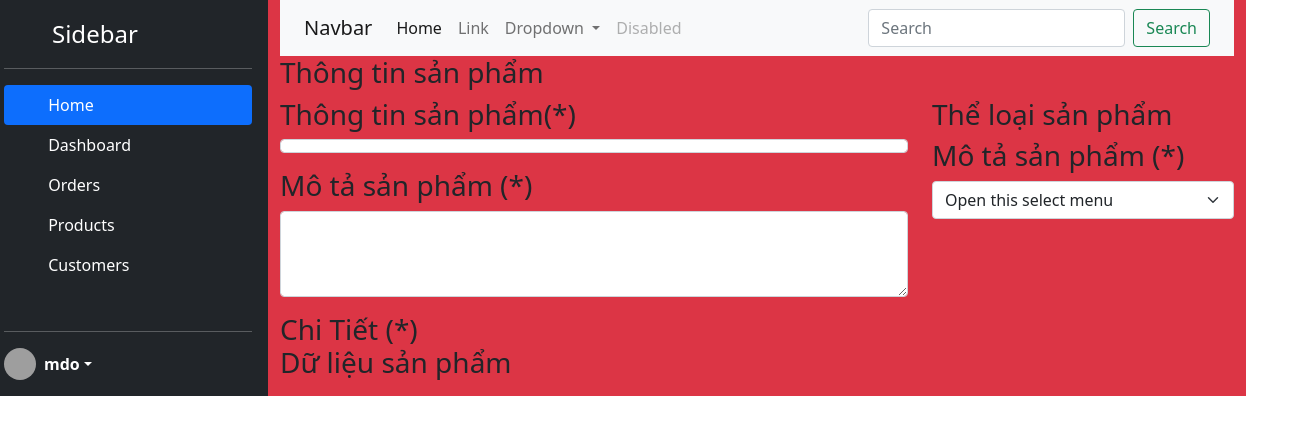
Repository: Lehuyhuynh/BT12-BOOTSTRAP
Page: index.html
These files come from the project's save history. The page is drawn as it stood at one moment and after the next save; the edit follows.
The browser window is 1280 px wide. The page is 1292 px wide, so the pictures cover 1292 px, including what lies to the right of the window. The pictures show the whole page.
Pictures or frames that could not be fetched are drawn as grey boxes.

Above is the page before, as saved 2023-08-19 22:35:10.

### index.html
<!DOCTYPE html>
<html lang="en">
<head>
  <link href="https://cdn.jsdelivr.net/npm/bootstrap@5.1.3/dist/css/bootstrap.min.css" rel="stylesheet" integrity="sha384-1BmE4kWBq78iYhFldvKuhfTAU6auU8tT94WrHftjDbrCEXSU1oBoqyl2QvZ6jIW3" crossorigin="anonymous">
  <meta charset="UTF-8">
  <meta name="viewport" content="width=device-width, initial-scale=1.0">
  <title>BT2</title>
</head>
<body>
  <div class="row">
    <div class=" col-3 d-flex flex-column flex-shrink-0 p-3 text-white bg-dark rounded-lg" style="width: 280px;">
      <a href="/" class="d-flex align-items-center mb-3 mb-md-0 me-md-auto text-white text-decoration-none">
        <svg class="bi me-2" width="40" height="32"><use xlink:href="#bootstrap"></use></svg>
        <span class="fs-4">Sidebar</span>
      </a>
      <hr>
      <ul class="nav nav-pills flex-column mb-auto">
        <li class="nav-item">
          <a href="#" class="nav-link active" aria-current="page">
            <svg class="bi me-2" width="16" height="16"><use xlink:href="#home"></use></svg>
            Home
          </a>
        </li>
        <li>
          <a href="#" class="nav-link text-white">
            <svg class="bi me-2" width="16" height="16"><use xlink:href="#speedometer2"></use></svg>
            Dashboard
          </a>
        </li>
        <li>
          <a href="#" class="nav-link text-white">
            <svg class="bi me-2" width="16" height="16"><use xlink:href="#table"></use></svg>
            Orders
          </a>
        </li>
        <li>
          <a href="#" class="nav-link text-white">
            <svg class="bi me-2" width="16" height="16"><use xlink:href="#grid"></use></svg>
            Products
          </a>
        </li>
        <li>
          <a href="#" class="nav-link text-white">
            <svg class="bi me-2" width="16" height="16"><use xlink:href="#people-circle"></use></svg>
            Customers
          </a>
        </li>
      </ul>
      <hr>
      <div class="dropdown">
        <a href="#" class="d-flex align-items-center text-white text-decoration-none dropdown-toggle" id="dropdownUser1" data-bs-toggle="dropdown" aria-expanded="false">
          <img src="https://github.com/mdo.png" alt="" width="32" height="32" class="rounded-circle me-2">
          <strong>mdo</strong>
        </a>
        <ul class="dropdown-menu dropdown-menu-dark text-small shadow" aria-labelledby="dropdownUser1" style="">
          <li><a class="dropdown-item" href="#">New project...</a></li>
          <li><a class="dropdown-item" href="#">Settings</a></li>
          <li><a class="dropdown-item" href="#">Profile</a></li>
          <li><hr class="dropdown-divider"></li>
          <li><a class="dropdown-item" href="#">Sign out</a></li>
        </ul>
      </div>
    </div>
    <div class="main-content bg-danger col-9" >
      <nav class="navbar navbar-expand-lg navbar-light bg-light">
        <div class="container-fluid">
          <a class="navbar-brand" href="#">Navbar</a>
          <button class="navbar-toggler" type="button" data-bs-toggle="collapse" data-bs-target="#navbarSupportedContent" aria-controls="navbarSupportedContent" aria-expanded="false" aria-label="Toggle navigation">
            <span class="navbar-toggler-icon"></span>
          </button>
          <div class="collapse navbar-collapse" id="navbarSupportedContent">
            <ul class="navbar-nav me-auto mb-2 mb-lg-0">
              <li class="nav-item">
                <a class="nav-link active" aria-current="page" href="#">Home</a>
              </li>
              <li class="nav-item">
                <a class="nav-link" href="#">Link</a>
              </li>
              <li class="nav-item dropdown">
                <a class="nav-link dropdown-toggle" href="#" id="navbarDropdown" role="button" data-bs-toggle="dropdown" aria-expanded="false">
                  Dropdown
                </a>
                <ul class="dropdown-menu" aria-labelledby="navbarDropdown">
                  <li><a class="dropdown-item" href="#">Action</a></li>
                  <li><a class="dropdown-item" href="#">Another action</a></li>
                  <li><hr class="dropdown-divider"></li>
                  <li><a class="dropdown-item" href="#">Something else here</a></li>
                </ul>
              </li>
              <li class="nav-item">
                <a class="nav-link disabled" href="#" tabindex="-1" aria-disabled="true">Disabled</a>
              </li>
            </ul>
            <form class="d-flex">
              <input class="form-control me-2" type="search" placeholder="Search" aria-label="Search">
              <button class="btn btn-outline-success" type="submit">Search</button>
            </form>
          </div>
        </div>
      </nav>
      <div class="row">

        <h3>Thông tin sản phẩm<h3>

          <div class="row">
            <div class="more col-8">

              <div class="product">

                <div class="mb-3">
                  <label for="information" class="form-label">Thông tin sản phẩm(*)</label>
                  <table class="form-control" id="information" name="information" rows="3"></table>
                </div>

                <div class="mb-3">
                  <label for="exampleFormControlTextarea1" class="form-label">Mô tả sản phẩm (*)</label>
                  <textarea class="form-control" id="exampleFormControlTextarea1" rows="3"></textarea>
                </div>

                <span>Chi Tiết (*) </span><br>

              </div>

              <div class="data">

                <h3>Dữ liệu sản phẩm</h3>


              </div>

            </div>

            <div class="category col-4">

              <h3>Thể loại sản phẩm</h3>

              <div class="cate">

                <label for="cate" class="form-label">Mô tả sản phẩm (*)</label>

                <select id="cate" class="form-select" aria-label="Default select example">
                  <option selected>Open this select menu</option>
                  <option value="1">0912345678</option>
                  <option value="2">0123456789</option>
                  <option value="3">1234567890</option>
                </select>

              </div>
            </div>
          </div>






      </div>
    </div>


  </div>

  <script src="https://cdn.jsdelivr.net/npm/bootstrap@5.1.3/dist/js/bootstrap.bundle.min.js" integrity="sha384-ka7Sk0Gln4gmtz2MlQnikT1wXgYsOg+OMhuP+IlRH9sENBO0LRn5q+8nbTov4+1p" crossorigin="anonymous"></script>
</body>
</html>

After the next save:
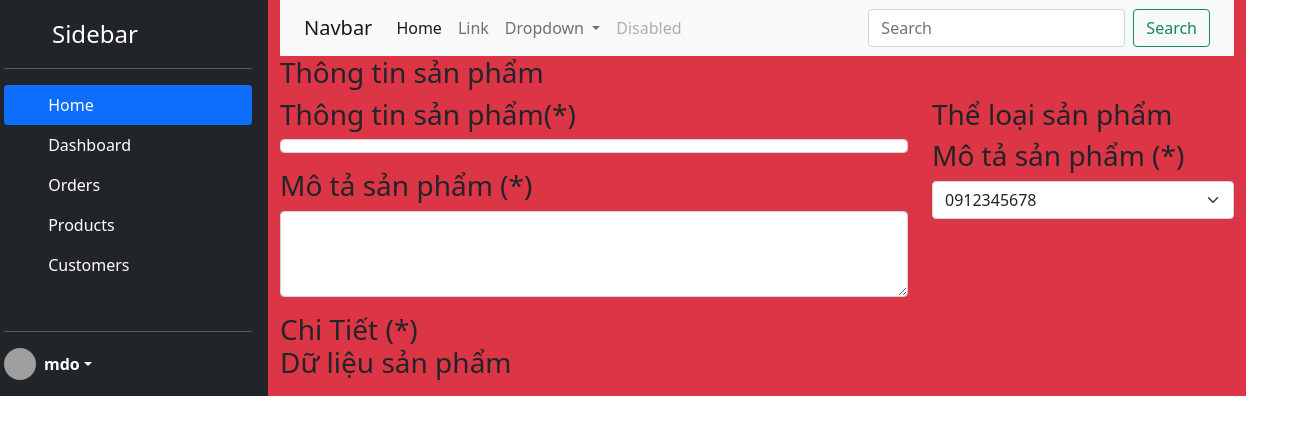
Saved 11 s later.
--- a/index.html
+++ b/index.html
@@ -139,7 +139,7 @@
                 <label for="cate" class="form-label">Mô tả sản phẩm (*)</label>
 
                 <select id="cate" class="form-select" aria-label="Default select example">
-                  <option selected>Open this select menu</option>
+
                   <option value="1">0912345678</option>
                   <option value="2">0123456789</option>
                   <option value="3">1234567890</option>
